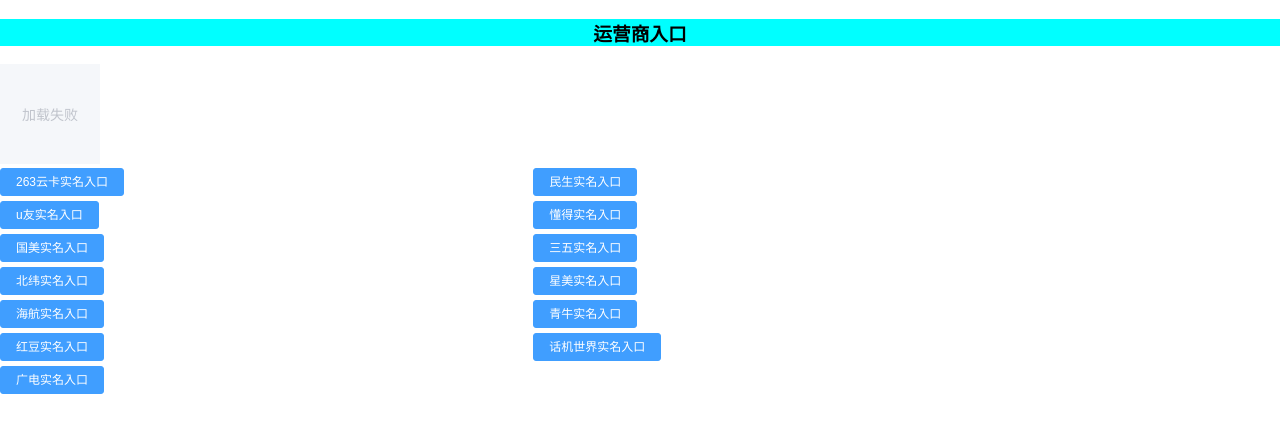
Repository: cmlsir1024/index-test
Page: index.html
These files come from the project's save history. The page is drawn as it stood at one moment and after the next save; the edit follows.
The browser window is 1280 px wide. The pictures show the whole page.

Above is the page before, as saved 2023-10-12 11:36:44.

After the next save:
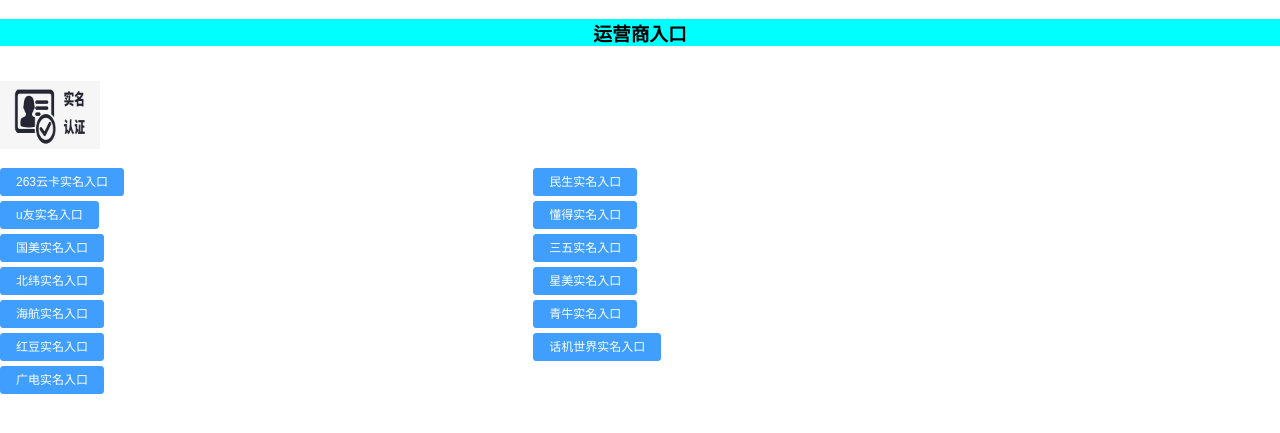
Saved 15 s later.
--- a/index.html
+++ b/index.html
@@ -100,7 +100,10 @@
   <body>
     <div id="app">
       <h3 style="background-color: aqua; text-align: center">运营商入口</h3>
-      <el-image style="width: 100px; height: 100px" :src="jpgList"></el-image>
+      <el-image
+        style="width: 100px; height: 100px"
+        src="./asstas/bg.png"
+      ></el-image>
       <div class="box">
         <el-row>
           <el-col :span="10" v-for="item in dataList">
